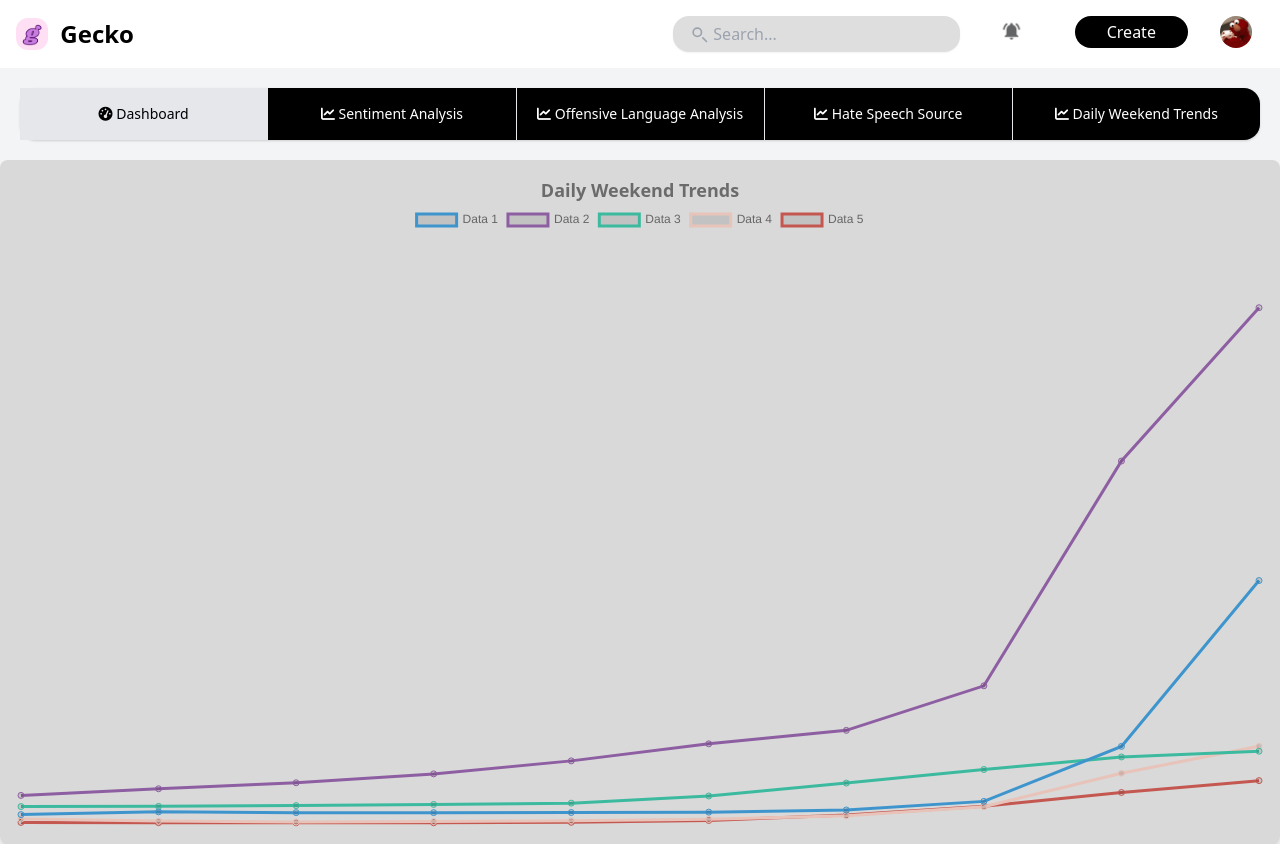
Repository: theamgri/thesis-website-nextjs
Page: DWT.html
The author's editor kept a copy of each file at every save. The page is drawn from the files as they stood at one save, then again after the next save.
The browser window is 1280 px wide. The pictures show the whole page.

Above is the page before, as saved 2023-10-07 10:25:54.

After the next save:
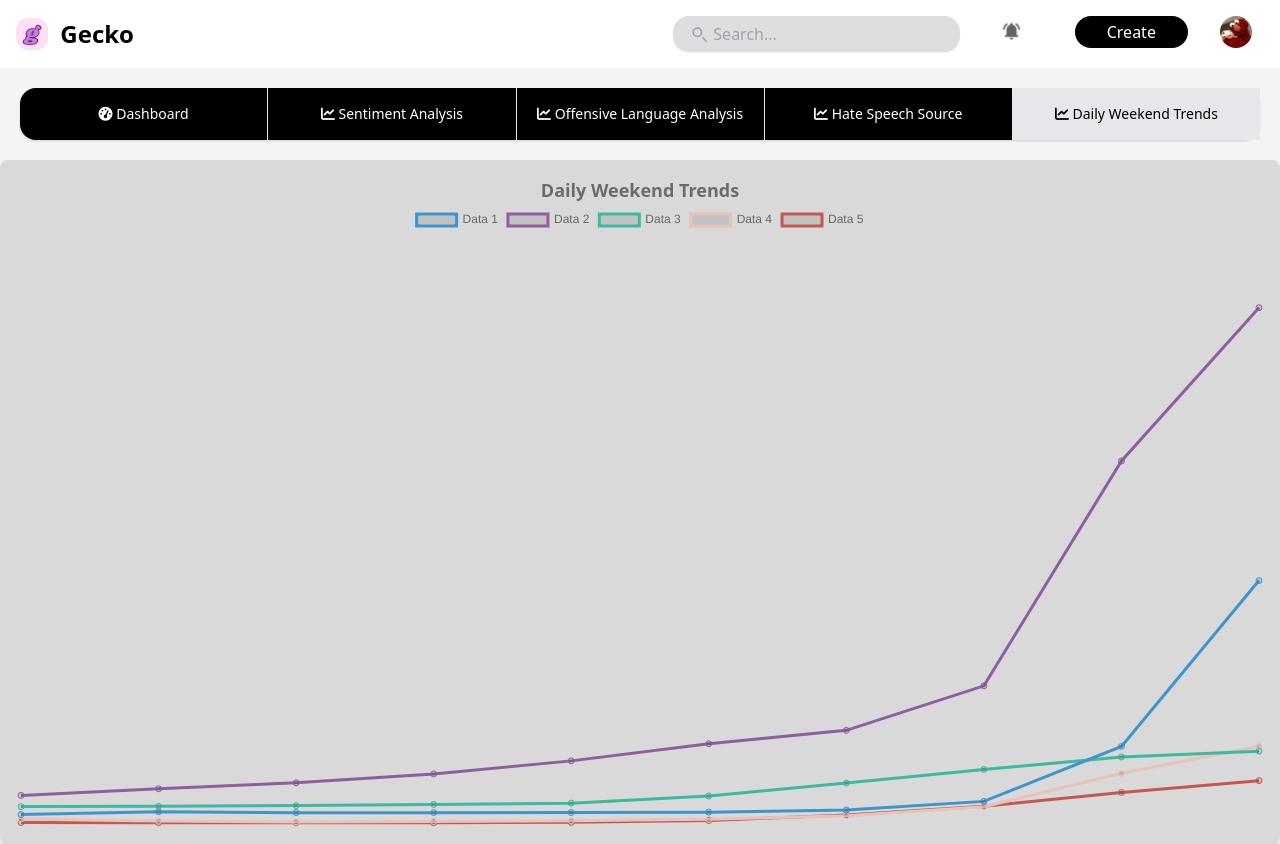
Saved 25 s later.
--- a/DWT.html
+++ b/DWT.html
@@ -92,7 +92,7 @@
   </div>
   <ul class="m-5 rounded-2xl drop-shadow-xl hidden text-sm font-medium text-center text-white divide-x divide-gray-200 rounded-lg shadow sm:flex bg-black dark:bg-gray-900 dark:divide-gray-700">
     <li class="w-full">
-        <a href="#" class="inline-block font-medium w-full p-4 text-black bg-gray-200 focus:ring-4 focus:ring-blue-300 focus:outline-none" aria-current="page">
+        <a href="#" class="inline-block font-medium w-full p-4 hover:text-white focus:ring-4 focus:ring-blue-300 focus:outline-none dark:hover:bg-gray-700" aria-current="page">
             <i class="fas fa-tachometer-alt"></i> Dashboard
         </a>
     </li>
@@ -152,7 +152,7 @@
         });
     </script>
     <li class="w-full">
-        <a id="dailweektrend" href="#" class="inline-block font-medium w-full p-4 hover:text-white focus:ring-4 focus:ring-blue-300 focus:outline-none dark:hover:bg-gray-700">
+        <a id="dailweektrend" href="#" class="inline-block font-medium w-full p-4 text-black bg-gray-200 focus:ring-4 focus:ring-blue-300 focus:outline-none">
             <i class="fas fa-chart-line"></i> Daily Weekend Trends
         </a>
     </li>
